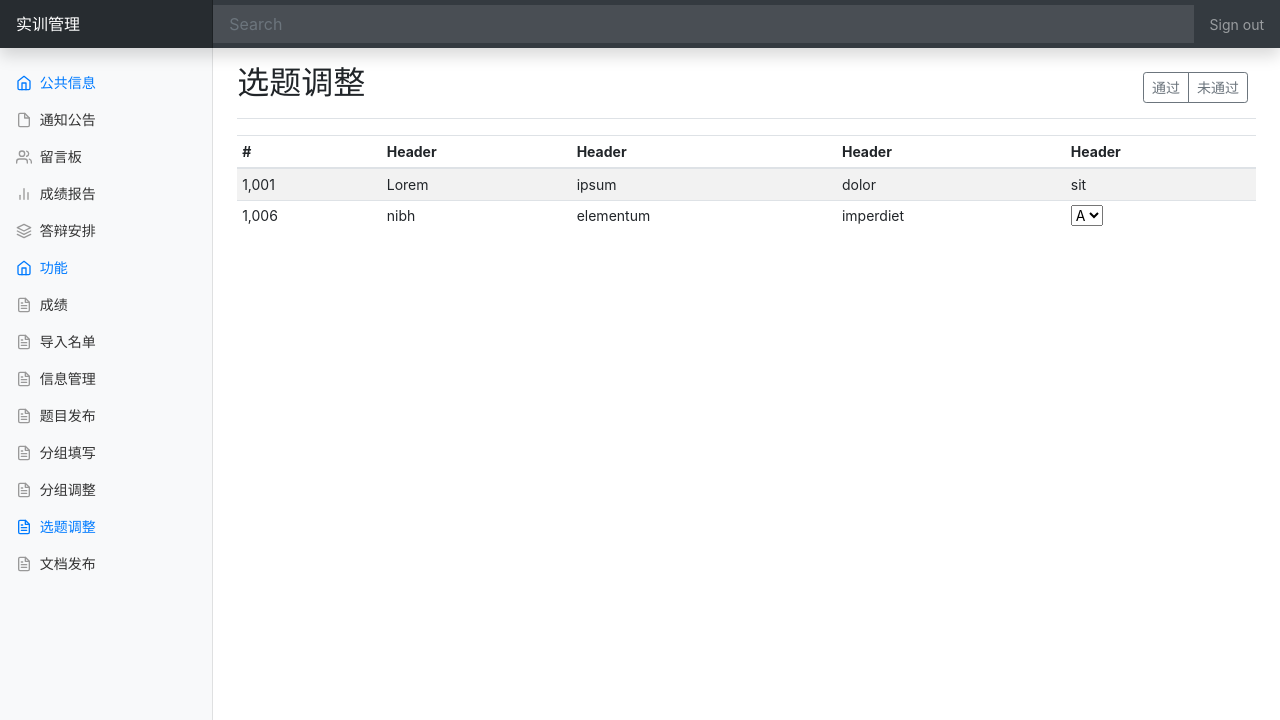
Repository: Kong-T/Practical-training
Page: Administrator/html/Ad_topic_admin.html
These files come from the project's save history. The page is drawn as it stood at one moment and after the next save; the edit follows.
The browser window is 1280 px wide. The pictures show the whole page.
The page's requests for data from a server got no answer. Some web libraries are served in a nearby version.

Above is the page before, as saved 2020-12-14 20:10:59.
Console error: TypeError: Cannot read properties of null (reading 'length')

After the next save:
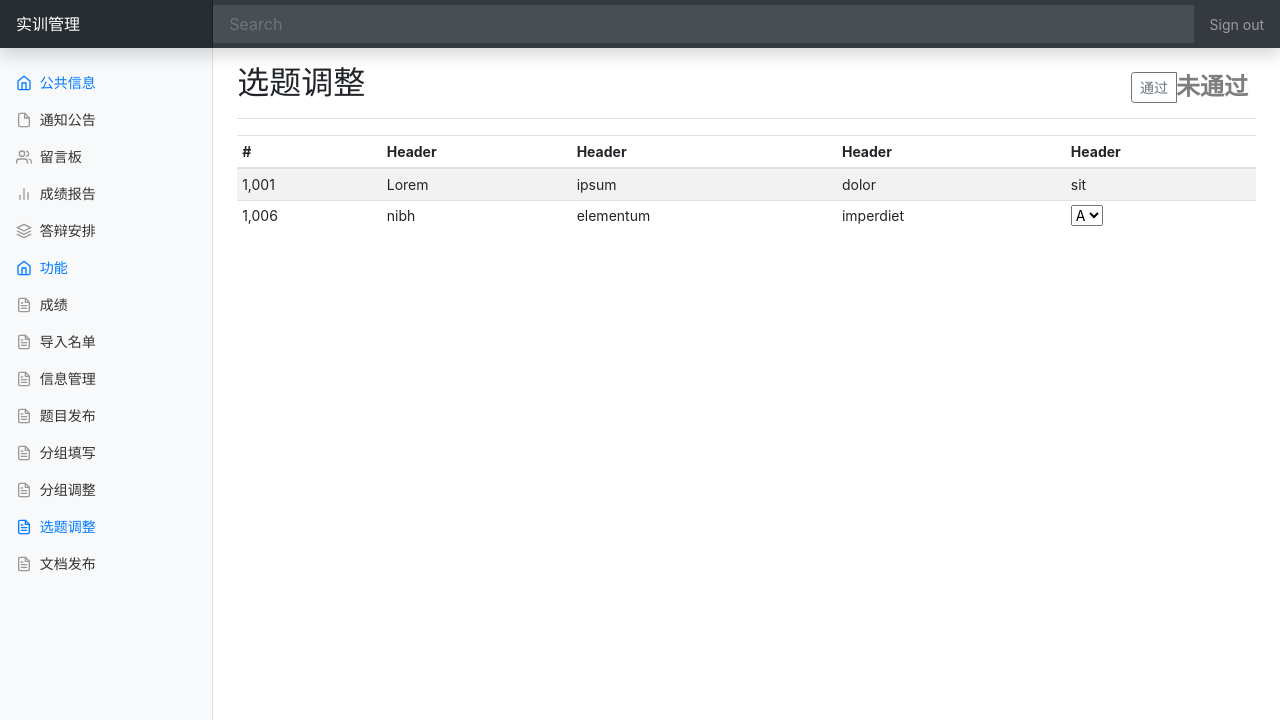
Saved 5 s later.
--- a/Administrator/html/Ad_topic_admin.html
+++ b/Administrator/html/Ad_topic_admin.html
@@ -153,7 +153,7 @@
           <div class="btn-toolbar mb-2 mb-md-0">
             <div class="btn-group mr-2">
               <button type="button" onclick="submit()" class="btn btn-sm btn-outline-secondary">通过</button>
-              <button type="button" onclick="unpass()" class="btn btn-sm btn-outline-secondary">未通过</button>
+              <button type="button" onclick="unpass()" class="close btn btn-sm btn-outline-secondary">未通过</button>
             </div>
             <!-- <button type="button" class="btn btn-sm btn-outline-secondary dropdown-toggle">
             <span data-feather="calendar"></span>

After the save that followed:
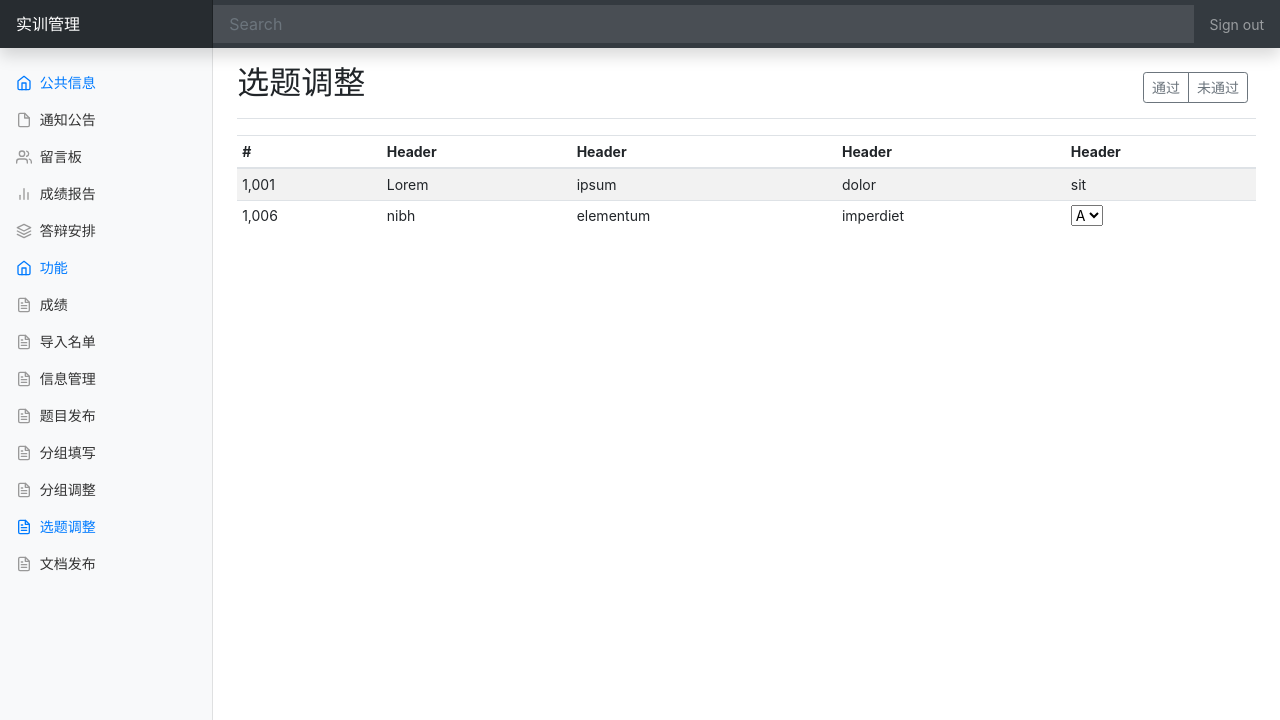
Saved 7 s later.
--- a/Administrator/html/Ad_topic_admin.html
+++ b/Administrator/html/Ad_topic_admin.html
@@ -153,7 +153,7 @@
           <div class="btn-toolbar mb-2 mb-md-0">
             <div class="btn-group mr-2">
               <button type="button" onclick="submit()" class="btn btn-sm btn-outline-secondary">通过</button>
-              <button type="button" onclick="unpass()" class="close btn btn-sm btn-outline-secondary">未通过</button>
+              <button type="button" onclick="unpass()" class=" btn btn-sm btn-outline-secondary">未通过</button>
             </div>
             <!-- <button type="button" class="btn btn-sm btn-outline-secondary dropdown-toggle">
             <span data-feather="calendar"></span>
